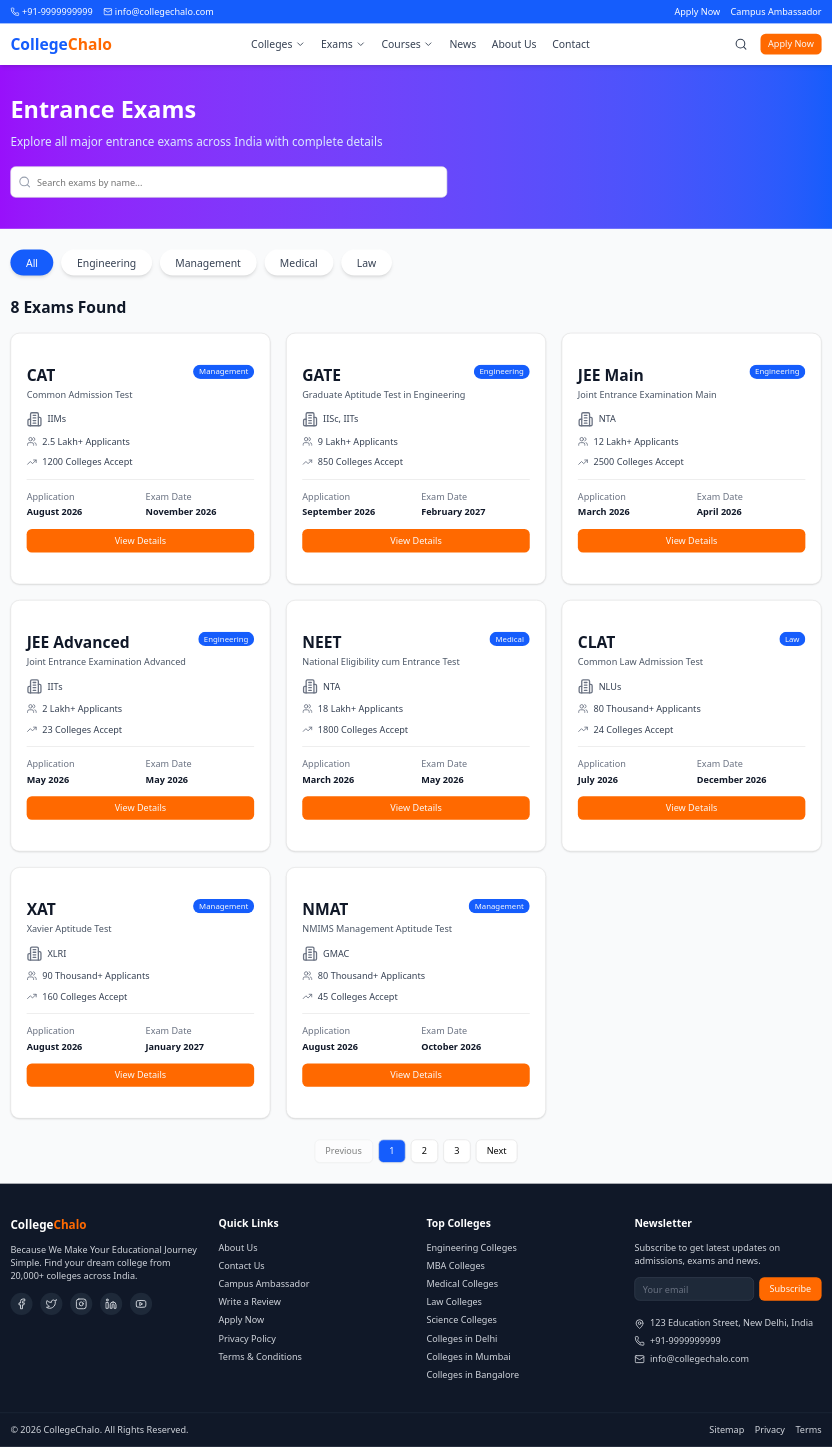
Repository: amirai0396/college
Page: /exams
The author's editor kept a copy of each file at every save. The page is drawn from the files as they stood at one save, then again after a run of saves.
The browser window is 1280 px wide. The pictures show the whole page, at 65% of full size.
The page's requests for data from a server got no answer. The project was rebuilt for these pictures with package versions that can differ from the ones it lists, and the page was loaded fresh each time. The framework's server and built-in components were replaced by stand-ins that run in the browser. No one was signed in, and anything a server would have sent is missing. Also part of the build but not shown: next.config.ts.

Above is the page before, as saved 2026-01-13 00:17:06.

After the next 2 saves:
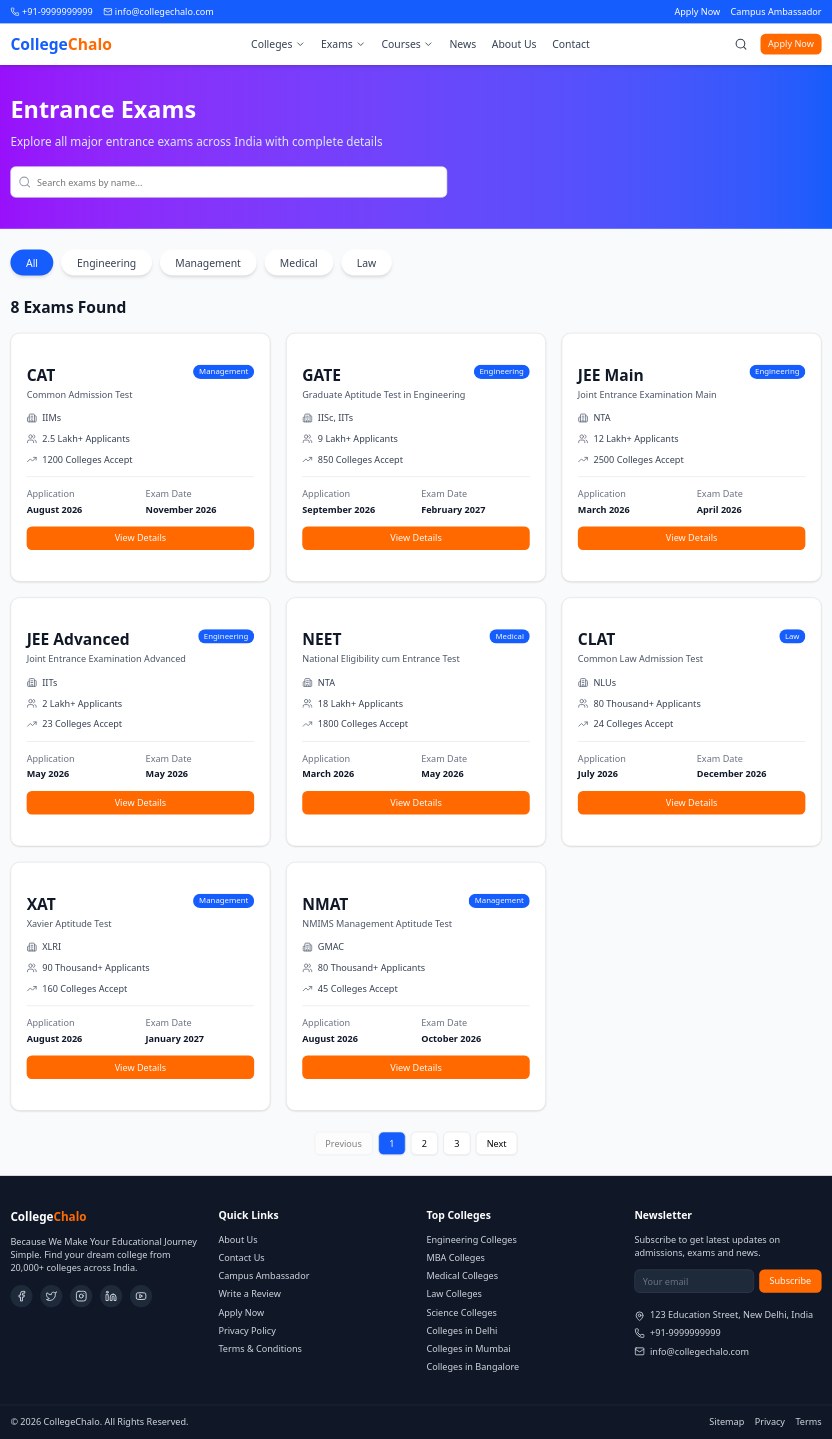
The 2 saves are shown as one change because they came seconds apart.
The last was saved 11 s later.
--- a/src/app/exams/page.tsx
+++ b/src/app/exams/page.tsx
@@ -5,7 +5,7 @@
 import { Badge } from '@/components/ui/badge';
 import { Button } from '@/components/ui/button';
 import { Input } from '@/components/ui/input';
-import { Search, Calendar, Users, TrendingUp, ArrowRight } from 'lucide-react';
+import { Search, Users, TrendingUp, Building2 } from 'lucide-react';
 import Link from 'next/link';
 
 export default function ExamsPage() {
@@ -245,28 +245,3 @@
     </div>
   );
 }
-
-function Building2(props: React.SVGProps<SVGSVGElement>) {
-  return (
-    <svg
-      xmlns="http://www.w3.org/2000/svg"
-      width="24"
-      height="24"
-      viewBox="0 0 24 24"
-      fill="none"
-      stroke="currentColor"
-      strokeWidth="2"
-      strokeLinecap="round"
-      strokeLinejoin="round"
-      {...props}
-    >
-      <path d="M6 22V4a2 2 0 0 1 2-2h8a2 2 0 0 1 2 2v18Z" />
-      <path d="M6 12H4a2 2 0 0 0-2 2v6a2 2 0 0 0 2 2h2" />
-      <path d="M18 9h2a2 2 0 0 1 2 2v9a2 2 0 0 1-2 2h-2" />
-      <path d="M10 6h4" />
-      <path d="M10 10h4" />
-      <path d="M10 14h4" />
-      <path d="M10 18h4" />
-    </svg>
-  );
-}
